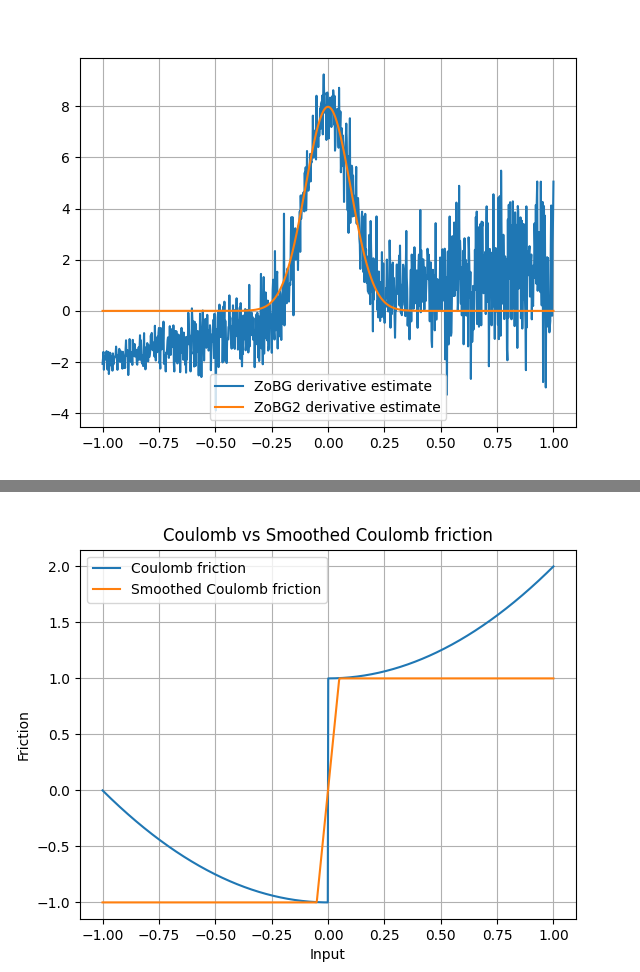
Repository: oomcth/Gradient-smoothing
Script's output: python test.py
These files come from the project's save history. The script's output is drawn as it stood at one moment and after a run of saves; the edit follows.
Each picture stacks the figures in order, with grey between them; figures that are only written to a file come last. Random numbers start from a fixed seed.

Above is the script's output before, as saved 2025-11-21 18:31:51.

### test.py
import numpy as np
import matplotlib.pyplot as plt

rng = np.random.default_rng()
sigma = 0.1
t = 0.1


def coulomb_friction(x):
    return x**2 + (-1 if x < 0 else 1)


def smoothed_coulomb_friction(x, t):
    assert t > 0
    return -1 if x < -t / 2 else 1 if x > t / 2 else 2 * x / t


def visualize_coulomb(t):
    x = np.linspace(-1, 1, 1000)
    y1 = np.array([coulomb_friction(l) for l in x])
    y2 = np.array([smoothed_coulomb_friction(l, t) for l in x])

    plt.plot(x, y1, label="Coulomb friction")
    plt.plot(x, y2, label="Smoothed Coulomb friction")

    plt.legend()
    plt.xlabel("Input")
    plt.ylabel("Friction")
    plt.title("Coulomb vs Smoothed Coulomb friction")
    plt.grid(True)
    plt.show()


def gaussian_pdf(x, mu=0.0, sigma=1.0):
    return 1.0 / (np.sqrt(2 * np.pi) * sigma) * np.exp(-0.5 * ((x - mu) / sigma) ** 2)


def zo_gradient(f, x, M=100):
    x = np.array([x], dtype=np.float64)
    omegas = np.random.normal(loc=0, scale=sigma, size=M)
    xs = x + omegas
    fx = np.array([f(xi) for xi in xs])
    glp = -omegas / (sigma**2)
    return -(fx * glp).sum(axis=0) / M


def fo_gradient(f, x, M=100):
    x = np.array([x], dtype=np.float64)
    omegas = np.random.normal(loc=0, scale=sigma, size=M)
    xs = x + omegas
    fx = np.array(
        [2 * xi * gaussian_pdf(omega, sigma=sigma) for (xi, omega) in zip(xs, omegas)]
    )
    return 2 * gaussian_pdf(-x, mu=0, sigma=sigma)


def visualize_coulomb_derivatives():
    x = np.linspace(-1, 1, 1000)

    y1 = np.array(
        [
            zo_gradient(
                coulomb_friction,
                l,
            )
            for l in x
        ]
    )
    y2 = np.array(
        [
            fo_gradient(
                coulomb_friction,
                l,
            )
            for l in x
        ]
    )

    plt.plot(x, y1, label="ZoBG derivative estimate")
    plt.plot(x, y2, label="ZoBG2 derivative estimate")
    plt.legend()
    plt.grid(True)
    plt.show()


visualize_coulomb_derivatives()
visualize_coulomb(t)

After the next 2 saves:
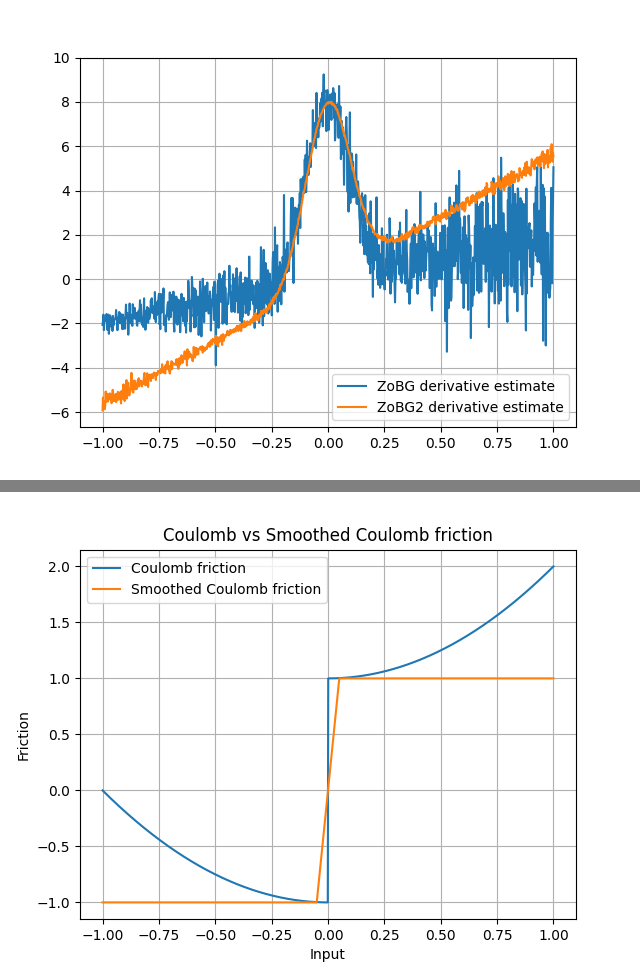
The 2 saves are shown as one change because they came seconds apart.
The last was saved 19 s later.
--- a/test.py
+++ b/test.py
@@ -48,10 +48,11 @@ def fo_gradient(f, x, M=100):
     x = np.array([x], dtype=np.float64)
     omegas = np.random.normal(loc=0, scale=sigma, size=M)
     xs = x + omegas
-    fx = np.array(
+    est = np.array(
         [2 * xi * gaussian_pdf(omega, sigma=sigma) for (xi, omega) in zip(xs, omegas)]
     )
-    return 2 * gaussian_pdf(-x, mu=0, sigma=sigma)
+
+    return est.mean() + 2 * gaussian_pdf(-x, mu=0, sigma=sigma)
 
 
 def visualize_coulomb_derivatives():
